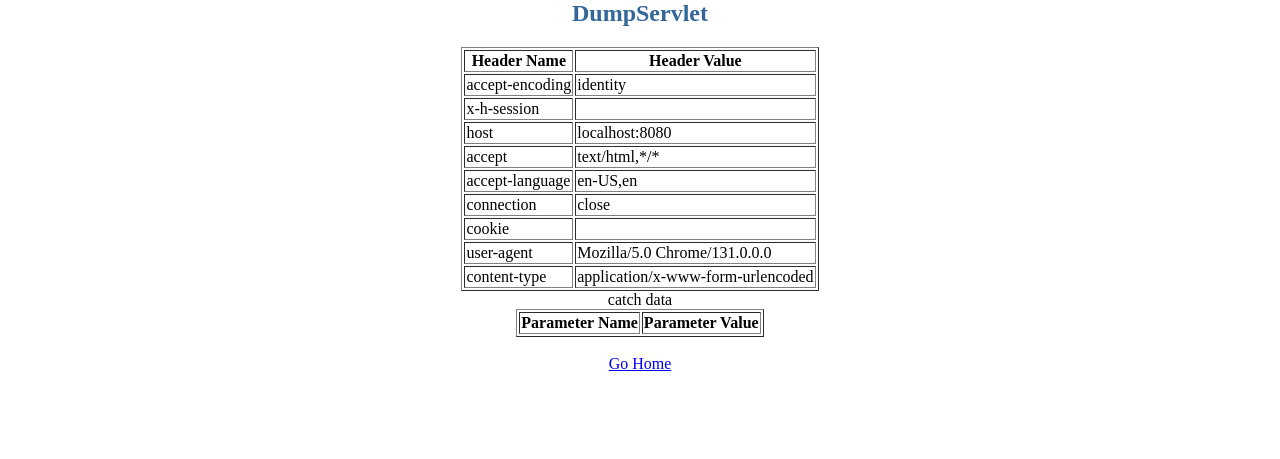
Repository: zoooolander/systex_prac_javaee
Page: http://localhost/myWeb/admin/dump.view
An editor plug-in stored every save of this project. The page is shown before and after the next save, followed by the edit.
The browser window is 1280 px wide. The pictures show the whole page.
The page is served by Tomcat 10. Other server files are loaded and not shown.

Above is the page before, as saved 2024-09-19 03:22:57.

### myWeb/src/main/java/com/systex/view/DumpServlet.java
package com.systex.view;

import jakarta.servlet.ServletException;
import jakarta.servlet.annotation.WebServlet;
import jakarta.servlet.http.HttpServlet;
import jakarta.servlet.http.HttpServletRequest;
import jakarta.servlet.http.HttpServletResponse;
import java.io.IOException;
import java.io.PrintWriter;
import java.text.SimpleDateFormat;
import java.util.Arrays;
import java.util.Date;
import java.util.Enumeration;

/**
 * Servlet implementation class DumpServlet
 */
public class DumpServlet extends HttpServlet {
	private static final long serialVersionUID = 1L;

	/**
	 * @see HttpServlet#HttpServlet()
	 */
	public DumpServlet() {
		super();
		// TODO Auto-generated constructor stub
	}

	/**
	 * @see HttpServlet#doGet(HttpServletRequest request, HttpServletResponse
	 *      response)
	 */
	protected void doGet(HttpServletRequest request, HttpServletResponse response)
			throws ServletException, IOException {
		// TODO Auto-generated method stub
		request.setCharacterEncoding("UTF-8");
		response.setContentType("text/html");
		response.setCharacterEncoding("UTF-8");
		PrintWriter out = response.getWriter();
		String croot = request.getContextPath();
		out.println("<html>");
		out.println("<head>");
		out.println("<title>DumpServlet</title>");
		out.println("<link href=\"" + croot + "/style/myStyle.css\" rel=\"stylesheet\"></link>");
		out.println("</head>");
		out.println("<body>");
		out.println("<h2>DumpServlet</h2>");
		Enumeration<String> headerNames = request.getHeaderNames();
		out.println("<table border='1' style='margin:auto'>");
		out.println("<thread><tr><th>Header Name</th><th>Header Value</th></tr></thread>");
		out.println("<tbody>");
		while (headerNames.hasMoreElements()) {
			String headerName = headerNames.nextElement();
			String headerValue = request.getHeader(headerName);
			out.println("<tr><td>" + headerName + "</td><td>" + headerValue + "</td></tr>");
		}
		out.println("</tbody>");
		out.println("</table>");
		out.println("catch data");
		Enumeration<String> paramNames = request.getParameterNames();
		out.println("<table border='1' style='margin:auto'>");
		out.println("<thread><tr><th>Parameter Name</th><th>Parameter Value</th></tr></thread>");
		out.println("<tbody");
		while (paramNames.hasMoreElements()) {
			String paramName = paramNames.nextElement();
			String paramValue;
			if (paramNames.equals("hobbies")) {
				paramValue = Arrays.toString(request.getParameterValues(paramName));
			} else {
				paramValue = request.getParameter(paramName);
			}
			out.println("<tr><td>" + paramName + "</td><td>" + paramValue + "</td><tr>");
		}
		out.println("</tbody>");
		out.println("</table>");
		out.println("<br><a href='" + croot + "/'>Go Home</br>");
		out.println("</body>");
		out.println("</html>");
		out.close();
	}

	/**
	 * @see HttpServlet#doPost(HttpServletRequest request, HttpServletResponse
	 *      response)
	 */
	protected void doPost(HttpServletRequest request, HttpServletResponse response)
			throws ServletException, IOException {
		// TODO Auto-generated method stub
		doGet(request, response);
	}

}

### myWeb/src/main/webapp/style/myStyle.css
@charset "UTF-8";

body {
	text-align: center;
	margin: auto;
}

h1,h2 {
	color: #369;
}

After the next save:
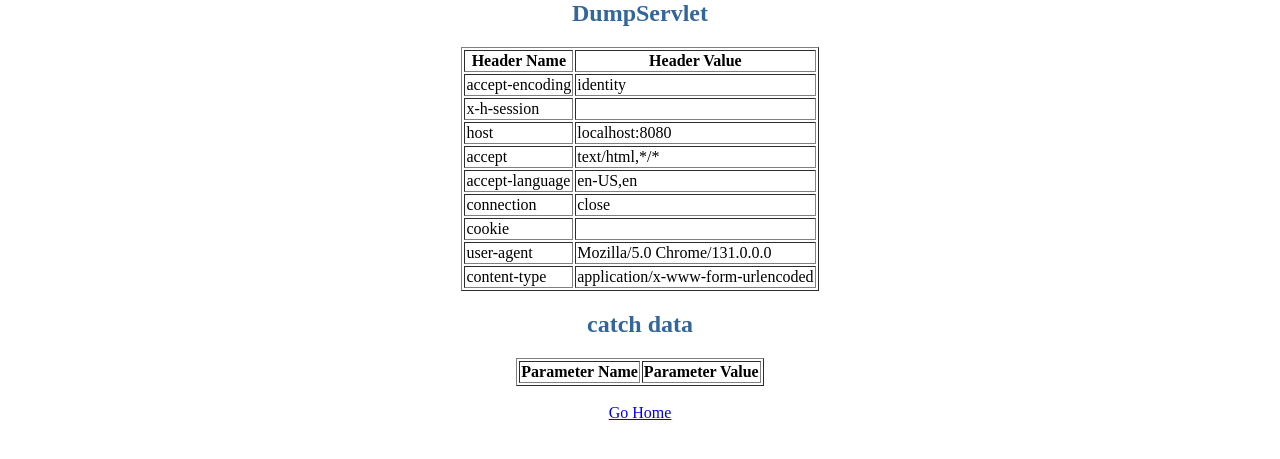
Saved 110 s later.
--- a/myWeb/src/main/java/com/systex/view/DumpServlet.java
+++ b/myWeb/src/main/java/com/systex/view/DumpServlet.java
@@ -44,6 +44,8 @@ public class DumpServlet extends HttpServlet {
 		out.println("<link href=\"" + croot + "/style/myStyle.css\" rel=\"stylesheet\"></link>");
 		out.println("</head>");
 		out.println("<body>");
+
+		// print out first table
 		out.println("<h2>DumpServlet</h2>");
 		Enumeration<String> headerNames = request.getHeaderNames();
 		out.println("<table border='1' style='margin:auto'>");
@@ -56,7 +58,9 @@ public class DumpServlet extends HttpServlet {
 		}
 		out.println("</tbody>");
 		out.println("</table>");
-		out.println("catch data");
+
+		// print out catch data
+		out.println("<h2>catch data</h2>");
 		Enumeration<String> paramNames = request.getParameterNames();
 		out.println("<table border='1' style='margin:auto'>");
 		out.println("<thread><tr><th>Parameter Name</th><th>Parameter Value</th></tr></thread>");
@@ -73,6 +77,8 @@ public class DumpServlet extends HttpServlet {
 		}
 		out.println("</tbody>");
 		out.println("</table>");
+
+		// submit
 		out.println("<br><a href='" + croot + "/'>Go Home</br>");
 		out.println("</body>");
 		out.println("</html>");
